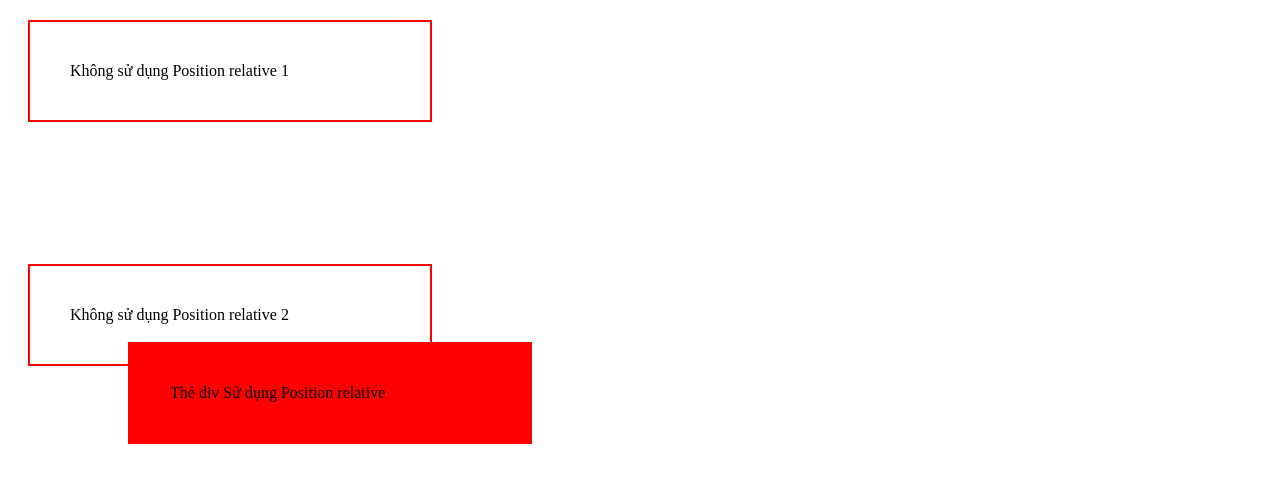
Repository: tandoan-teaching/teaching
Page: ltt/web/exercises/exercise2/position/relative.html
The author's editor kept a copy of each file at every save. The page is drawn from the files as they stood at one save, then again after the next save.
The browser window is 1280 px wide. The pictures show the whole page.

Above is the page before, as saved 2024-03-23 07:59:58.

### ltt/web/exercises/exercise2/position/relative.html
<!DOCTYPE html>
<html>

<head>
    <meta charset="utf-8">
    <meta http-equiv="X-UA-Compatible" content="IE=edge">
    <title>Thuộc tính position trong CSS</title>
</head>
<style type="text/css" media="screen">
    div {
        padding: 40px;
        margin: 20px;
        width: 320px;
        border: 2px solid red;
    }

    .relative {
        position: relative;
        left: 100px;
        top: 200px;
        background-color: #ff0000;
    }
</style>

<body>
    <div>Không sử dụng Position relative 1</div>
    <div class="relative">Thẻ div Sử dụng Position relative</div>
    <div>Không sử dụng Position relative 2</div>



</body>

</html>

After the next save:
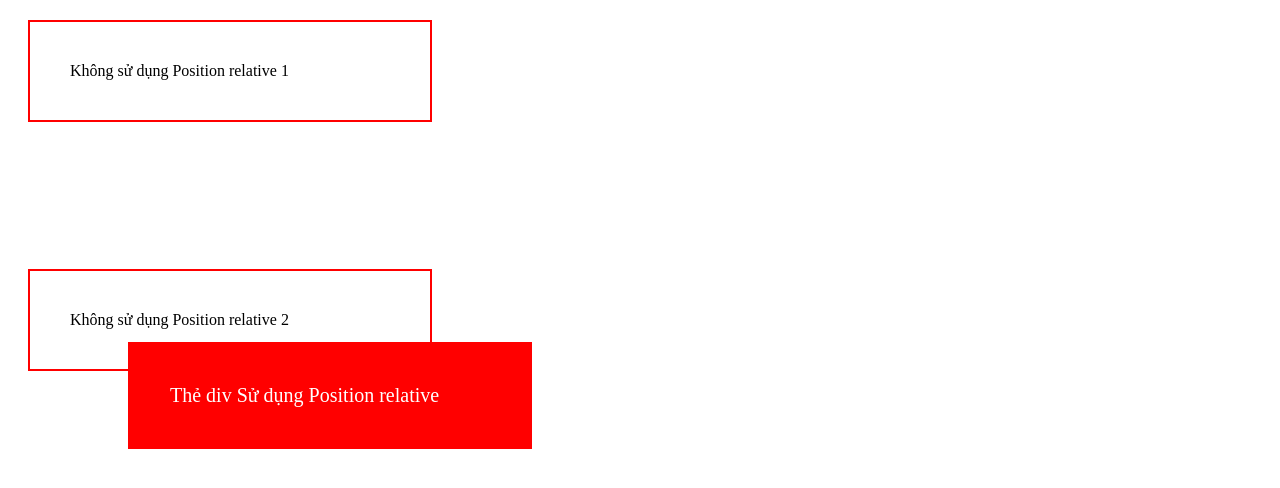
Saved 7 min 48 s later.
--- a/ltt/web/exercises/exercise2/position/relative.html
+++ b/ltt/web/exercises/exercise2/position/relative.html
@@ -19,6 +19,8 @@
         left: 100px;
         top: 200px;
         background-color: #ff0000;
+        color: white;
+        font-size: 20px;
     }
 </style>
 
